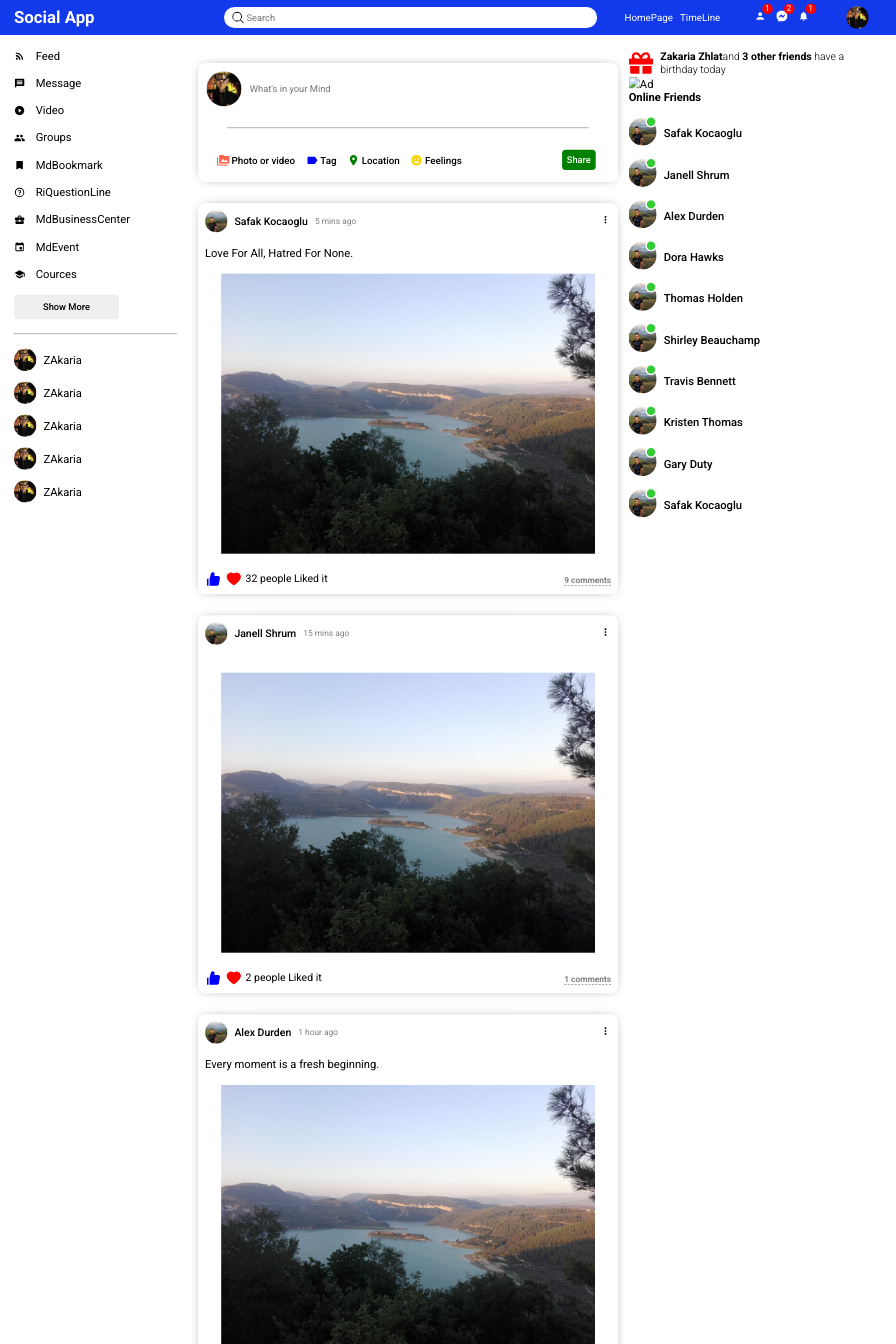
Repository: ZakariaZhlat125/Social-App
Page: /
These files come from the project's save history. The page is drawn as it stood at one moment and after the next save; the edit follows.
The browser window is 1280 px wide. The pictures show the part of the page from y = 0 to 1920 px (the page is 6066 px tall), at 70% of full size.
The project was rebuilt for these pictures with package versions that can differ from the ones it lists, and the page was loaded fresh each time. Also part of the build but not shown: vite.config.js.

Above is the page before, as saved 2023-01-12 00:39:29.

### index.html
<!DOCTYPE html>
<html lang="en">
  <head>
    <meta charset="UTF-8" />
    <meta name="viewport" content="width=device-width, initial-scale=1.0" />
    <link rel="preconnect" href="https://fonts.googleapis.com" />
    <link rel="preconnect" href="https://fonts.gstatic.com" crossorigin />
    <link
      href="https://fonts.googleapis.com/css2?family=Roboto:ital,wght@0,100;0,300;0,400;0,500;0,700;0,900;1,100;1,300;1,400;1,700;1,900&display=swap"
      rel="stylesheet"
    />
    <link rel="stylesheet" href="./src/style.css" />
    <title>Social App</title>
  </head>
  <body>
    <div id="root"></div>
    <script type="module" src="/src/main.jsx"></script>
  </body>
</html>

### src/style.css
*{
    margin: 0;
    font-family: 'Roboto',sans-serif;
}

### src/App.jsx
import Home from "./pages/home/home"

function App() {


  return (
   <div>
    <Home />
   </div>
  )}

export default App

### src/pages/home/Home.jsx
import Feed from "../../components/feed/Feed";
import Header from "../../components/header/Header";
import Rightbar from "../../components/rightbar/Rightbar";
import Sidebar from "../../components/sidebar/Sidebar";

import './Home.css'

function Home() {
  return (
    <>
      <Header />
      <div className="homeContainer">
        <Sidebar />
        <Feed />
        <Rightbar />
      </div>
    </>
  );
}

export default Home;

### src/components/feed/Feed.jsx
import "./Feed.css";
import Share from "../share/Share";
import Post from "../post/Post";
import { Posts } from "../../dummyData";

function Feed() {
  return (
    <div className="feed">
      <div className="feedWrapper"></div>
      <Share />
      {Posts.map((post) => (
        <Post key={post.id} post={post} />
      ))}
    </div>
  );
}

export default Feed;

### src/components/header/Header.jsx
import "./Header.css";
import { HiMagnifyingGlass } from "react-icons/hi2";
import { MdPerson,MdNotifications } from "react-icons/md";
import { SiMessenger } from "react-icons/si";
import profile from '../../assets/profile.jpg'
function Header() {
  return (
    <div className="HeaderContainer">
      <div className="headerLeft">
        <span className="logo">Social App</span>
      </div>
      <div className="headerCenter">
        <div className="searchBar">
        <HiMagnifyingGlass className="searchIcon" />
        <input placeholder="Search" className="searchInput" />
        </div>
      </div>
      <div className="headerRight">
        <div className="headerLinks">
          <span className="headerLink">HomePage</span>
          <span className="headerLink">TimeLine</span>
        </div>
        <div className="headerIcon">
          <div className="headerIconItem">
            <MdPerson />
            <span className="headerIconBage">1</span>
          </div>
          <div className="headerIconItem">
            <SiMessenger />
            <span className="headerIconBage">2</span>
          </div>
          <div className="headerIconItem">
            <MdNotifications />
            <span className="headerIconBage">1</span>
          </div>
        </div>
        <img src={profile} alt="" className="headerImg" />
      </div>
    </div>
  );
}

export default Header;

### src/components/rightbar/Rightbar.jsx
import "./Rightbar.css";
import {FaGift} from "react-icons/fa";
import {Users} from '../../dummyData'
import Online from "../online/Online";


function Rightbar() {
  return (
    <div className="rightbar">
      <div className="rightbarWarpper">
        <div className="birthdayContainer">
          <FaGift color="red"  className="birthdayIcon"/>
          <span className="birthdayText">
            <b>Zakaria Zhlat</b>and <b>3 other friends</b> have a birthday today
          </span>
        </div>
        <img src="" alt="Ad" />
        <h4 className="rightbarTitle">Online Friends</h4>
        <ul className="rightFriendList">
         {Users.map(user => (
          <Online  key={user.id} user={user}/>
         ))}
        </ul>
      </div>
    </div>
  );
}

export default Rightbar;

### src/components/sidebar/Sidebar.jsx
import "./Sidebar.css";
import {
  MdRssFeed,
  MdMessage,
  MdGroup,
  MdBookmark,
  MdBusinessCenter,
  MdEvent,
  MdSchool,
  MdOutlinePlayCircleFilled,
} from "react-icons/md";
import { RiQuestionLine } from "react-icons/ri";
import profile from "../../assets/profile.jpg";

function Sidebar() {
  return (
    <div className="sidebar">
      <div className="sidebarWrapper">
        <ul className="sidebarList">
          <li className="sidebarListItem">
            <MdRssFeed className="sidebarIcon" />
            <span className="sidebarListItemText">Feed</span>
          </li>

          <li className="sidebarListItem">
            <MdMessage className="sidebarIcon" />
            <span className="sidebarListItemText">Message</span>
          </li>

          <li className="sidebarListItem">
            <MdOutlinePlayCircleFilled className="sidebarIcon" />
            <span className="sidebarListItemText">Video</span>
          </li>

          <li className="sidebarListItem">
            <MdGroup className="sidebarIcon" />
            <span className="sidebarListItemText">Groups</span>
          </li>

          <li className="sidebarListItem">
            <MdBookmark className="sidebarIcon" />
            <span className="sidebarListItemText">MdBookmark</span>
          </li>

          <li className="sidebarListItem">
            <RiQuestionLine className="sidebarIcon" />
            <span className="sidebarListItemText">RiQuestionLine</span>
          </li>

          <li className="sidebarListItem">
            <MdBusinessCenter className="sidebarIcon" />
            <span className="sidebarListItemText">MdBusinessCenter</span>
          </li>

          <li className="sidebarListItem">
            <MdEvent className="sidebarIcon" />
            <span className="sidebarListItemText">MdEvent</span>
          </li>

          <li className="sidebarListItem">
            <MdSchool className="sidebarIcon" />
            <span className="sidebarListItemText">Cources</span>
          </li>
        </ul>
        <button className="sidebarButton">Show More</button>
        <hr className="sidebarHr" />
        <ul className="sidebarFirendList">
          <li className="sidebarFriend">
            <img src={profile} alt="" className="sidebarFriendImg" />
            <span className="sidebarFriendName">ZAkaria</span>
          </li>
          <li className="sidebarFriend">
            <img src={profile} alt="" className="sidebarFriendImg" />

            <span className="sidebarFriendName">ZAkaria</span>
          </li>

          <li className="sidebarFriend">
            <img src={profile} alt="" className="sidebarFriendImg" />

            <span className="sidebarFriendName">ZAkaria</span>
          </li>

          <li className="sidebarFriend">
            <img src={profile} alt="" className="sidebarFriendImg" />

            <span className="sidebarFriendName">ZAkaria</span>
          </li>

          <li className="sidebarFriend">
            <img src={profile} alt="" className="sidebarFriendImg" />

            <span className="sidebarFriendName">ZAkaria</span>
          </li>

          <li className="sidebarFriend">
            <img src={profile} alt="" className="sidebarFriendImg" />

            <span className="sidebarFriendName">ZAkaria</span>
          </li>

          <li className="sidebarFriend">
            <img src={profile} alt="" className="sidebarFriendImg" />

            <span className="sidebarFriendName">ZAkaria</span>
          </li>

          <li className="sidebarFriend">
            <img src={profile} alt="" className="sidebarFriendImg" />

            <span className="sidebarFriendName">ZAkaria</span>
          </li>

          <li className="sidebarFriend">
            <img src={profile} alt="" className="sidebarFriendImg" />

            <span className="sidebarFriendName">ZAkaria</span>
          </li>

          <li className="sidebarFriend">
            <img src={profile} alt="" className="sidebarFriendImg" />

            <span className="sidebarFriendName">ZAkaria</span>
          </li>

          <li className="sidebarFriend">
            <img src={profile} alt="" className="sidebarFriendImg" />

            <span className="sidebarFriendName">ZAkaria</span>
          </li>

          <li className="sidebarFriend">
            <img src={profile} alt="" className="sidebarFriendImg" />

            <span className="sidebarFriendName">ZAkaria</span>
          </li>

          <li className="sidebarFriend">
            <img src={profile} alt="" className="sidebarFriendImg" />

            <span className="sidebarFriendName">ZAkaria</span>
          </li>

          <li className="sidebarFriend">
            <img src={profile} alt="" className="sidebarFriendImg" />

            <span className="sidebarFriendName">ZAkaria</span>
          </li>
        </ul>
      </div>
    </div>
  );
}

export default Sidebar;

### src/components/feed/Feed.css
.feed {
  flex: 5.5;
  margin-left: 10px;
}

.feedWrapper {

  padding: 20px;

}

### src/components/share/Share.jsx
import "./Share.css";
import profile from "../../assets/profile.jpg";
import { MdPermMedia,MdLabel,MdRoom,MdEmojiEmotions } from "react-icons/md";

export default function Share() {
  return (
    <div className="share">
      <div className="shareWarpper">
        <div className="shareTop">
          <img src={profile} alt="" className="shareProfileImg" />
          <input placeholder="What's in your Mind" className="shareInput" />
        </div>
        <hr className="sharehr" />
        <div className="sharebottom">
          <div className="shareOptions">
            <div className="shareOption">
              <MdPermMedia  className="shareIcon tomato" />
              <span className="shareOptionText">Photo or video </span>
            </div>
            <div className="shareOption">
              <MdLabel className="shareIcon blue" />
              <span className="shareOptionText">Tag</span>
            </div>
            <div className="shareOption">
              <MdRoom className="shareIcon green" />
              <span className="shareOptionText">Location</span>
            </div>
            <div className="shareOption">
              <MdEmojiEmotions className="shareIcon golde" />
              <span className="shareOptionText">Feelings </span>
            </div>
          </div>
          <button className="sharebutton">Share</button>
        </div>
      </div>
    </div>
  );
}

### src/components/post/Post.jsx
import React from "react";
import "./Post.css";
import profile from "../../assets/profile.jpg";
import { Users } from "../../dummyData";

import { MdMoreVert } from "react-icons/md";
import { AiFillLike, AiFillHeart } from "react-icons/ai";

export default function Post({post}) {

  return (
    <div className="post">
      <div className="postWarpper">
        <div className="postTop">
          <div className="postTopLeft">
            <img src={Users.filter((user) => user.id === post?.userId)[0].profilePicture} alt="profile Image" className="postProfileImg" />
            <span className="postUserName">{Users.filter((user) => user.id === post?.userId)[0].username}</span>
            <span className="postDate">{post.date}</span>
          </div>
          <div className="postTopRight">
            <MdMoreVert />
          </div>
        </div>
        <div className="postCenter">
          <div className="postText">{post?.desc}</div>
          <img src={post.photo} alt="" className="postImg" />
        </div>
        <div className="postBottom">
          <div className="postBottomLeft">
            <AiFillLike className="likeIcon" color=" blue" />
            <AiFillHeart className="likeIcon" color="red" />
            <span className="postLikeCounter">{post.like} people Liked it</span>
          </div>
          <div className="postBottomRight">
            <span className="postCommentText">{post.comment} comments</span>
          </div>
        </div>
      </div>
    </div>
  );
}

### src/components/header/Header.css
.HeaderContainer {
  height: 50px;
  width: 100%;
  background-color: #123aeb;
  display: flex;
  align-items: center;
  position: sticky;
  top: 0;
  z-index: 999;
}

.headerLeft {
  flex: 3;
}

.logo {
  font-size: 24px;
  margin-left: 20px;
  font-weight: bold;
  color: white;
  cursor: pointer;
}

.headerCenter {
  flex: 5;
}

.searchBar {
  display: flex;
  width: 100%;
  height: 30px;
  background-color: white;
  border-radius: 30px;
  align-items: center;
}

.searchIcon {
  font-size: 20px !important;
  margin-left: 10px;
}

.searchInput {
  width: 80%;
  border: none;
}

.searchInput:focus {
  outline: none;
}

.headerRight {
  display: flex;
  flex: 4;
  align-items: center;
  justify-content: space-evenly;
  color: white;
}

.headerLinks {
  display: flex;
}

.headerLink {
  margin-right: 10px;
  font-size: 14px;
  cursor: pointer;
}

.headerIcon {
  display: flex;
}

.headerIconItem {
  margin-right: 15px;
  cursor: pointer;
  position: relative;
}

.headerIconBage {
  width: 15px;
  height: 15px;
  background-color: red;
  border-radius: 50px;
  color: white;
  position: absolute;
  top: -10px;
  right: -10px;
  display: flex;
  justify-content: center;
  font-size: 12px;
}

.headerImg {
  width: 32px;
  height: 32px;
  border-radius: 50%;
  object-fit: cover;
  cursor: pointer;
}

### src/components/rightbar/Rightbar.css
.rightbar {
  flex: 3.5;
  margin-left: 15px;
  position: sticky;
}
.rightbarWarpper {
  padding: 20px 20px 0 0;
}

.birthdayContainer {
  display: flex;
  align-items: center;
}

.birthdayIcon {
  width: 40px;
  height: 40px;
  margin-right: 10px;
}

.birthdayText {
  font-weight: 300;
  font-size: 15px;
}

.rightbarTitle {
    margin-bottom: 20px;
}

.rightFriendList {
    padding: 0;
    margin: 0;
    list-style: none;
}

### src/components/online/Online.jsx
import './Online.css'
export default function Online({user}) {
  return (
    <li className="rightBarFriend">
    <div className="rightbarProfileImageContainer">
      <img src={user.profilePicture} alt="" className="rightbarProfileImg" />
      <span className="rightbarOnline"></span>
    </div>
    <span className="rightUsername">{user.username}</span>
  </li>
  )
}

### src/components/sidebar/Sidebar.css
.sidebar {
  flex: 2.5;
  height: calc(100vh - 50px);
  overflow: scroll;
  position: sticky;
  top: 50px;
}

::-webkit-scrollbar{
    width: 5px;
}
::-webkit-scrollbar-track{
    background-color: #f1f1f1;
}
::-webkit-scrollbar-thumb{
   background-color: rgb(179, 179, 179);
}
.sidebarWrapper {
  padding: 20px;
}
.sidebarList {
  padding: 0;
  margin: 0;
  list-style: none;
}

.sidebarListItem {
  display: flex;
  align-items: center;
  margin-bottom: 20px;
  cursor: pointer;
}

.sidebarIcon {
  margin-right: 15px;
}
.sidebarListItemText {
}

.sidebarButton {
    width: 150px;
    border: none;
    padding: 10px;
    border-radius: 5px;
    font-weight: 500;
}
.sidebarHr {
    margin: 20px 0;
}
.sidebarFirendList {
    padding: 0;
    margin: 0;
    list-style: none;
}
.sidebarFriend {
    display: flex;
    align-items: center;
    margin-bottom: 15px;
}
.sidebarFriendImg {
width: 32px;
height: 32px;
border-radius: 50%;
object-fit: cover;
margin-right: 10px;
}

.sidebarFriendName {

}

### src/components/share/Share.css
.share {
  width: 100%;
  height: 170px;
  border-radius: 10px;
  -webkit-box-shadow: 0px 0px 16px -8px rgba(0, 0, 0, 0.68);
  box-shadow: 0px 0px 16px -8px rgba(0, 0, 0, 0.68);
}

.shareWarpper {
  padding: 12px;
}

/*Top section */
.shareTop {
  display: flex;
  align-items: center;
}

.shareProfileImg {
  width: 50px;
  height: 50px;
  border-radius: 50%;
  object-fit: cover;
  margin-right: 10px;
}

.shareInput {
  border: none;
  width: 80%;
}

.shareInput:focus {
  outline: none;
}

.sharehr {
  margin: 30px;
}
/*end top section*/

/*bottom Section*/
.sharebottom {
  display: flex;
  align-items: center;
  justify-content: space-between;
}

.shareOptions {
  display: flex;
  margin-left: 15px;
}

.shareOption {
  display: flex;
  align-items: center;
  margin-right: 15px;
  cursor: pointer;
}

.shareIcon {
  font-size: 18px;
  margin-right: 3px;
}

.shareOptionText {
  font-size: 14px;
  font-weight: 500;
}

.sharebutton {
  border: none;
  padding: 7px;
  border-radius: 5px;
  background-color: green;
  font-weight: 500;
  margin-right: 20px;
  cursor: pointer;
  color: white;
}
/*end bottom section */

/*color class for Icons*/
.tomato {
  color: tomato;
}

.blue {
  color: blue;
}

.green {
  color: green;
}

.golde {
  color: gold;
}
/*enc color section */

### src/components/post/Post.css
.post {
  width: 100%;
  border-radius: 10px;
  -webkit-box-shadow: 0px 0px 16px -8px rgba(0, 0, 0, 0.68);
  box-shadow: 0px 0px 16px -8px rgba(0, 0, 0, 0.68);
  margin: 30px 0;
}

.postWarpper {
  padding: 10px;
}

/*start top section*/
.postTop {
  display: flex;
  align-items: center;
  justify-content: space-between;
}

.postTopLeft {
  display: flex;
  align-items: center;
}

.postProfileImg {
  width: 32px;
  height: 32px;
  border-radius: 50%;
  object-fit: cover;
}

.postUserName {
  font-size: 15px;
  font-weight: 500;
  margin: 0 10px;
}
.postDate {
  font-size: 12px;
  color: gray;
}
.postTopRight {
}



/*end top section*/

/*start center section*/
.postCenter {
    margin: 20px 0;
}

.postText {
}

.postImg {
    margin-top: 20px;
    width: 100%;
    max-height: 400px;
    object-fit:contain;
}

/*end center section*/

/*start bottom section*/
.postBottom {
    display: flex;
    align-items: center;
    justify-content: space-between;
}

.postBottomLeft {
    display: flex;
    align-items: center;

}

.likeIcon {
    width: 24px;
    height: 24px;
    margin-right: 5px;
    cursor: pointer;
}

.postLikeCounter {
    font-size: 15px;
}

.postBottomRight {
}

.postCommentText {
    cursor: pointer;
    border-bottom: 1px dashed gray;
    font-size: 12px;
    color:gray;
    font-weight: bold;

. {
}

. {
}

. {
}

/*end bottom section*/
. {
}

. {
}

. {
}

### src/components/online/Online.css
.rightBarFriend {
    display: flex;
    align-items: center;
    margin-bottom: 15px;
}

.rightbarProfileImageContainer {
    margin-right: 10px;
    position: relative;
}

.rightbarProfileImg {
    width: 40px;
    height: 40px;
    border-radius: 50%;
    object-fit: cover;
}

.rightbarOnline {
    width: 12px;
    height: 12px;
    border-radius: 50%;
    background-color:limegreen;
    position: absolute;
    top: -2px;
    right: 0;
    border: 2px solid white;

}

.rightUsername{
font-weight: 500;
}

Loaded but not shown: src/main.jsx (common file); src/pages/home/Home.css (common file); src/dummyData.jsx (141 lines, source omitted)

After the next save:
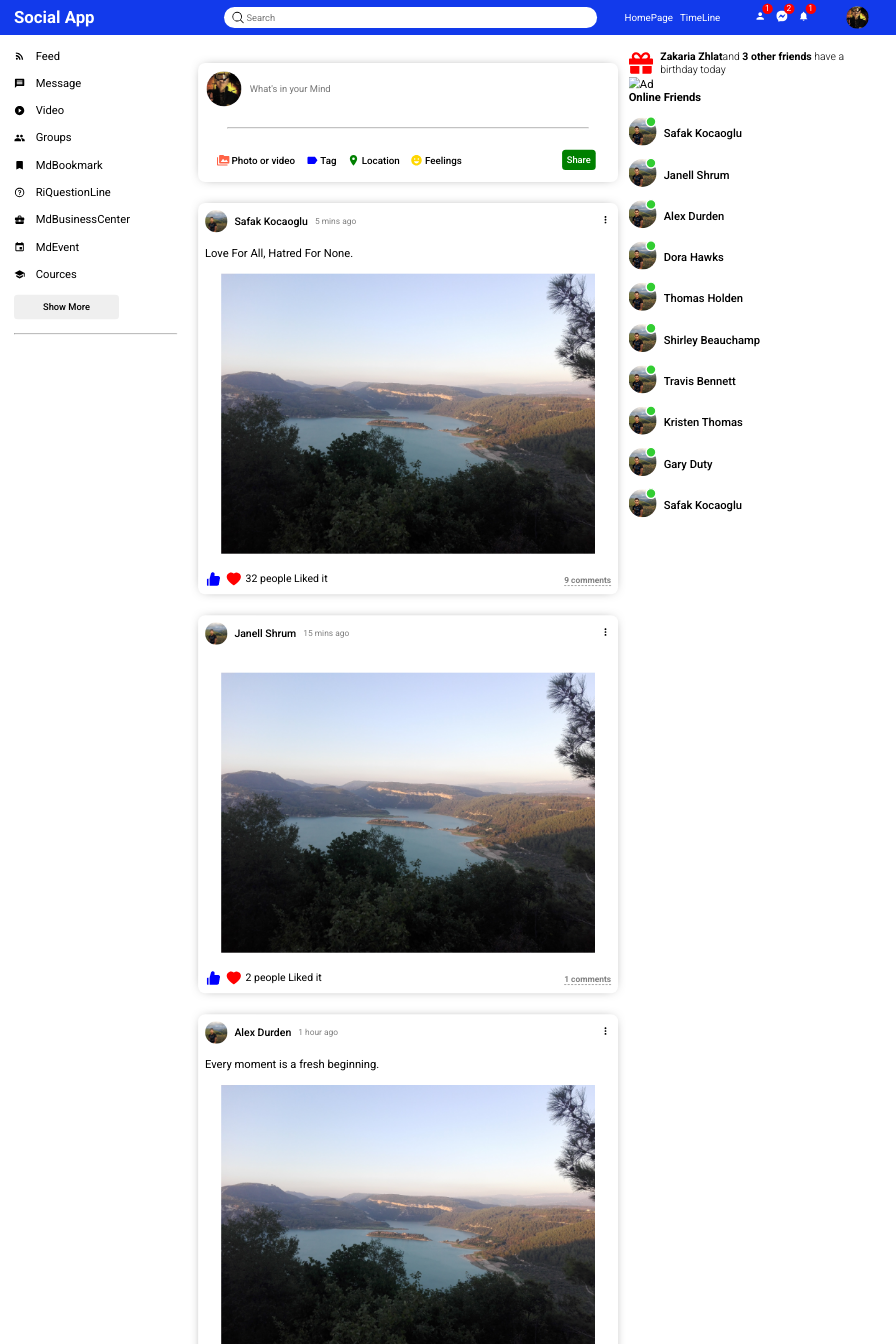
Saved 2 min 11 s later.
--- a/src/components/sidebar/Sidebar.jsx
+++ b/src/components/sidebar/Sidebar.jsx
@@ -65,87 +65,8 @@ function Sidebar() {
         <button className="sidebarButton">Show More</button>
         <hr className="sidebarHr" />
         <ul className="sidebarFirendList">
-          <li className="sidebarFriend">
-            <img src={profile} alt="" className="sidebarFriendImg" />
-            <span className="sidebarFriendName">ZAkaria</span>
-          </li>
-          <li className="sidebarFriend">
-            <img src={profile} alt="" className="sidebarFriendImg" />
 
-            <span className="sidebarFriendName">ZAkaria</span>
-          </li>
 
-          <li className="sidebarFriend">
-            <img src={profile} alt="" className="sidebarFriendImg" />
-
-            <span className="sidebarFriendName">ZAkaria</span>
-          </li>
-
-          <li className="sidebarFriend">
-            <img src={profile} alt="" className="sidebarFriendImg" />
-
-            <span className="sidebarFriendName">ZAkaria</span>
-          </li>
-
-          <li className="sidebarFriend">
-            <img src={profile} alt="" className="sidebarFriendImg" />
-
-            <span className="sidebarFriendName">ZAkaria</span>
-          </li>
-
-          <li className="sidebarFriend">
-            <img src={profile} alt="" className="sidebarFriendImg" />
-
-            <span className="sidebarFriendName">ZAkaria</span>
-          </li>
-
-          <li className="sidebarFriend">
-            <img src={profile} alt="" className="sidebarFriendImg" />
-
-            <span className="sidebarFriendName">ZAkaria</span>
-          </li>
-
-          <li className="sidebarFriend">
-            <img src={profile} alt="" className="sidebarFriendImg" />
-
-            <span className="sidebarFriendName">ZAkaria</span>
-          </li>
-
-          <li className="sidebarFriend">
-            <img src={profile} alt="" className="sidebarFriendImg" />
-
-            <span className="sidebarFriendName">ZAkaria</span>
-          </li>
-
-          <li className="sidebarFriend">
-            <img src={profile} alt="" className="sidebarFriendImg" />
-
-            <span className="sidebarFriendName">ZAkaria</span>
-          </li>
-
-          <li className="sidebarFriend">
-            <img src={profile} alt="" className="sidebarFriendImg" />
-
-            <span className="sidebarFriendName">ZAkaria</span>
-          </li>
-
-          <li className="sidebarFriend">
-            <img src={profile} alt="" className="sidebarFriendImg" />
-
-            <span className="sidebarFriendName">ZAkaria</span>
-          </li>
-
-          <li className="sidebarFriend">
-            <img src={profile} alt="" className="sidebarFriendImg" />
-
-            <span className="sidebarFriendName">ZAkaria</span>
-          </li>
-
-          <li className="sidebarFriend">
-            <img src={profile} alt="" className="sidebarFriendImg" />
-
-            <span className="sidebarFriendName">ZAkaria</span>
-          </li>
         </ul>
       </div>
     </div>
